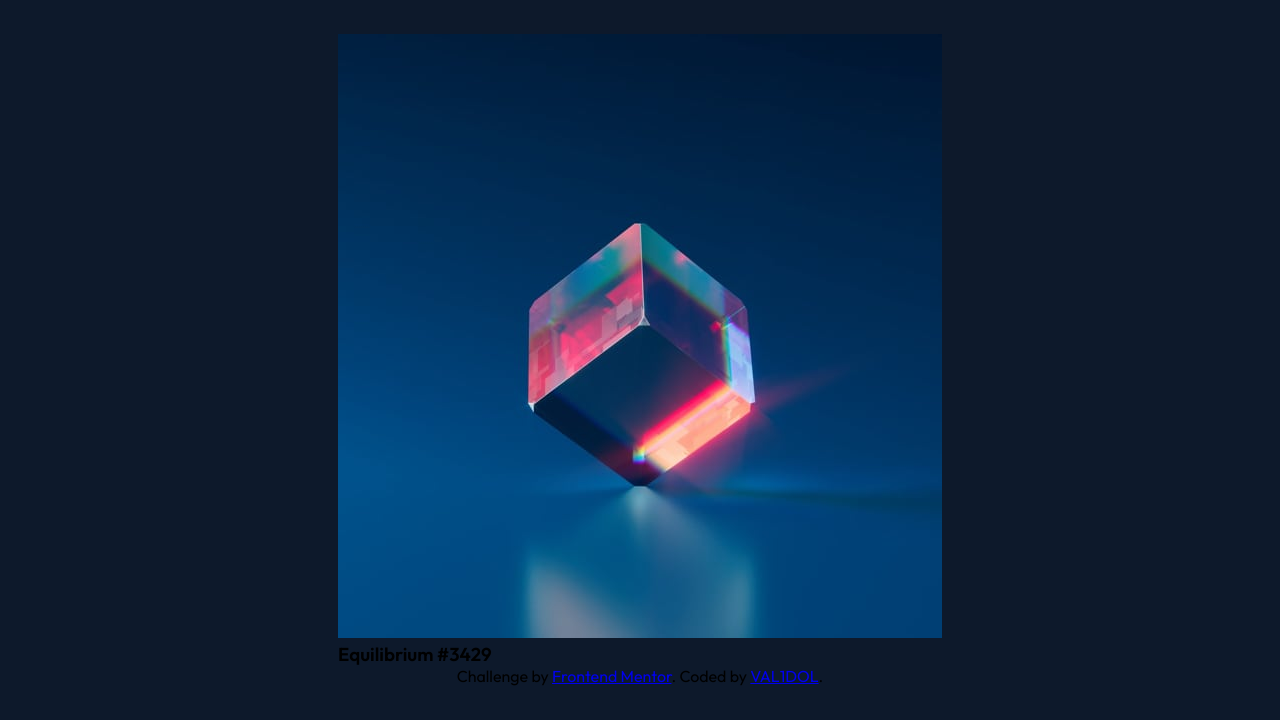
Repository: VAL1DOL-web/fm-NFT-preview-card-component
Page: index.html
The author's editor kept a copy of each file at every save. The page is drawn from the files as they stood at one save, then again after the next save.
The browser window is 1280 px wide. The pictures show the whole page.

Above is the page before, as saved 2024-01-07 15:26:20.

### index.html
<!DOCTYPE html>
<html lang="en">
<head>
  <meta charset="UTF-8">
  <meta name="viewport" content="width=device-width, initial-scale=1.0"> <!-- displays site properly based on user's device -->

  <link rel="icon" type="image/png" sizes="32x32" href="./images/favicon-32x32.png">
  <link rel="stylesheet" href="style.css">

  <title>NFT preview card component</title>

</head>
<body>
  <div class="card">
    <div class="image">
      <img src="images/image-equilibrium.jpg" alt="ETH">
    </div>
    <h3>Equilibrium #3429</h3>
  </div>
  <div class="attribution">
    Challenge by <a href="https://www.frontendmentor.io?ref=challenge" target="_blank">Frontend Mentor</a>.
    Coded by <a href="https://github.com/VAL1DOL-web">VAL1DOL</a>.
  </div>
</body>
</html>

### style.css
@import url('https://fonts.googleapis.com/css2?family=Outfit:wght@300;400;600&display=swap');

* {
    font-family: 'Outfit', sans-serif;
    margin: 0;
    padding: 0;
    box-sizing: border-box;
  }

body {
    width: 100%;
    min-height: 100vh;
    display: flex;
    flex-direction: column;
    justify-content: center;
    align-items: center;
    background: hsl(217, 54%, 11%);
  }

After the next save:
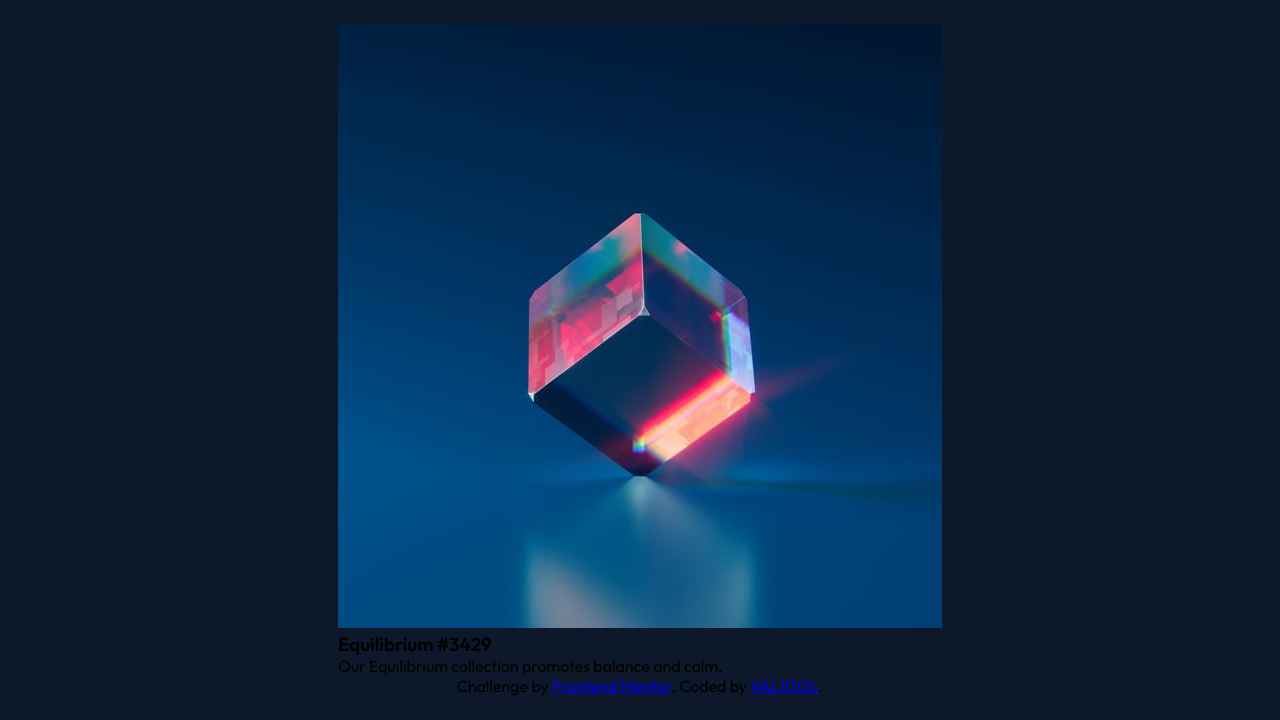
Saved 43 s later.
--- a/index.html
+++ b/index.html
@@ -16,6 +16,9 @@
       <img src="images/image-equilibrium.jpg" alt="ETH">
     </div>
     <h3>Equilibrium #3429</h3>
+    <div class="description">
+      Our Equilibrium collection promotes balance and calm.
+    </div>
   </div>
   <div class="attribution">
     Challenge by <a href="https://www.frontendmentor.io?ref=challenge" target="_blank">Frontend Mentor</a>.
